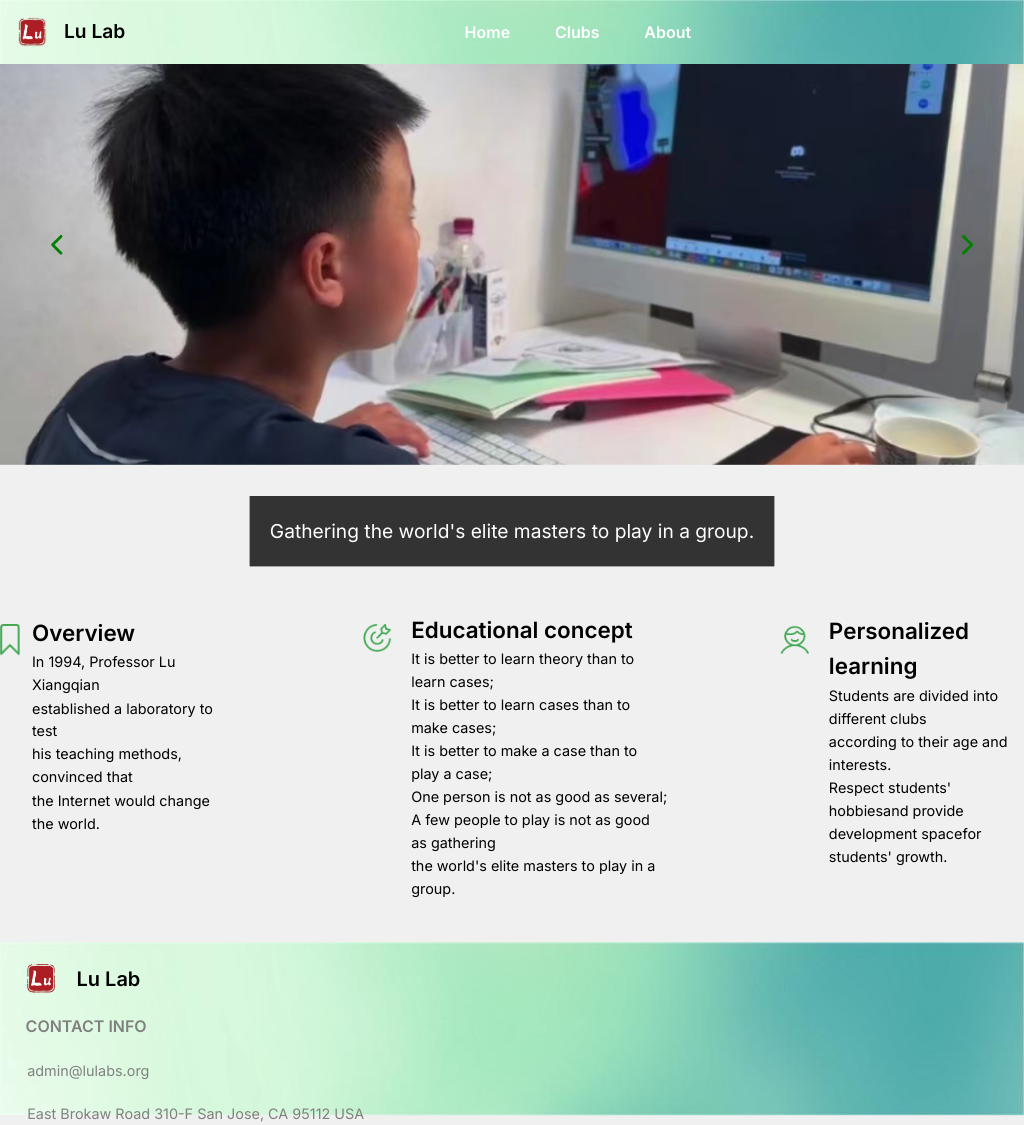
Repository: proflulab/lulab_website_next_js
Page: /
These files come from the project's save history. The page is drawn as it stood at one moment and after the next save; the edit follows.
The browser window is 1280 px wide. The pictures show the whole page, at 80% of full size.
The project was rebuilt for these pictures with package versions that can differ from the ones it lists, and the page was loaded fresh each time. The framework's server and built-in components were replaced by stand-ins that run in the browser. Also part of the build but not shown: next.config.js, next.config.mjs.

Above is the page before, as saved 2023-12-27 21:20:58.

After the next save:
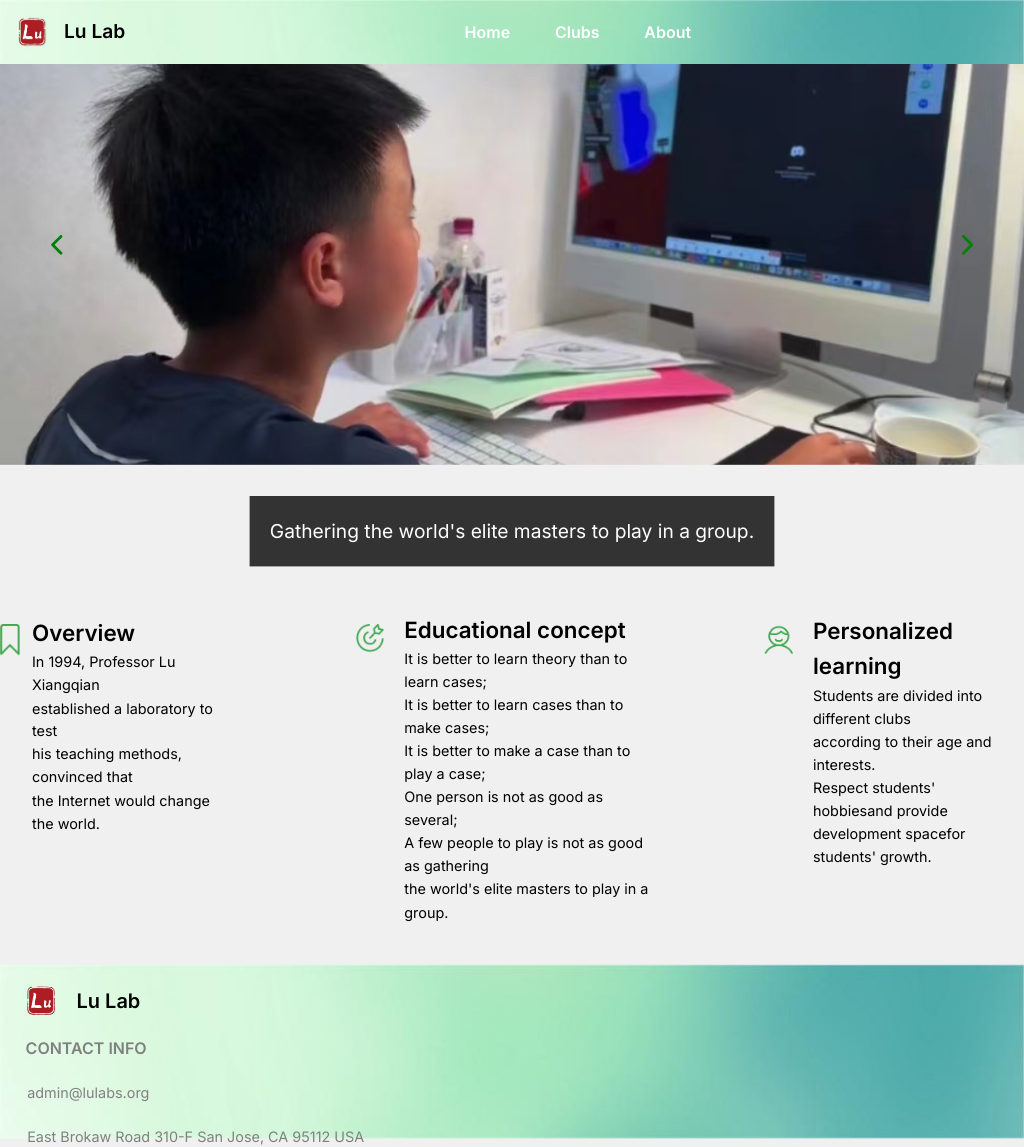
Saved 4 s later.
--- a/app/page.tsx
+++ b/app/page.tsx
@@ -362,7 +362,7 @@ const Home: React.FC = () => {
                 </p>
               </div>
             </div>
-            <div style={{ flex: "1", marginRight: "10px" }}>
+            <div style={{ flex: "1.1", marginRight: "10px" }}>
               <Image src="/Person.png" alt="" width={35} height={35} />
               <div style={{ marginLeft: "60px" }}>
                 <p
